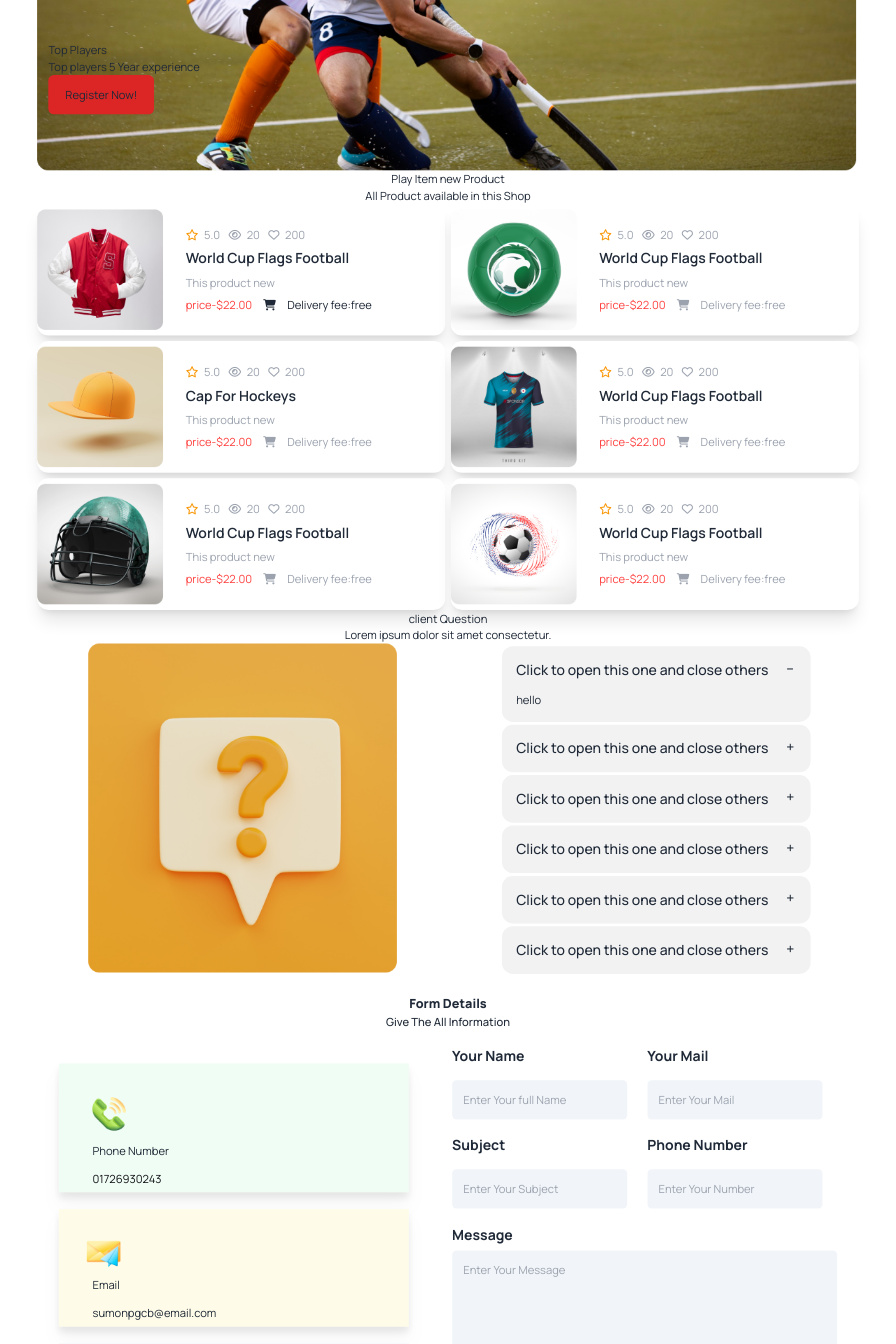
Repository: sumonkumarsarkar/bd-hockeys-team
Page: index.html
An editor plug-in stored every save of this project. The page is shown before and after the next save, followed by the edit.
The browser window is 1280 px wide. The pictures show the part of the page from y = 1765 to 3685 px (the page is 4233 px tall before and 4245 px after), at 70% of full size.
Some web libraries are served in a nearby version.

Above is the page before, as saved 2024-01-24 18:56:39.

After the next save:
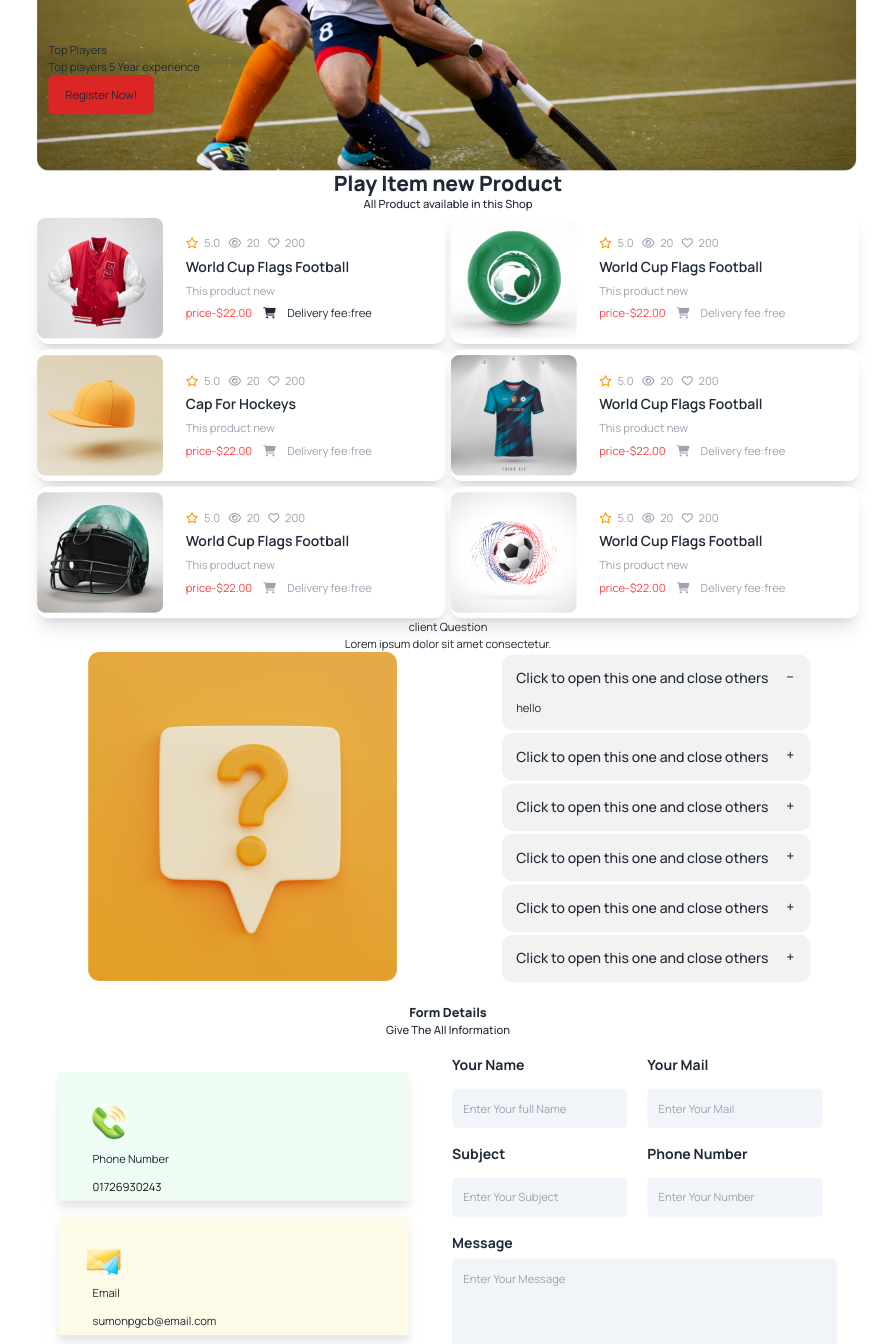
Saved 101 s later.
--- a/index.html
+++ b/index.html
@@ -225,8 +225,8 @@
 <section>
 
     <div class="text-center">
-        <h2> Play Item new Product</h2>
-        <p>All Product available in this Shop</p>
+        <h2 class="font-extrabold text-3xl space-y-4"> Play Item new Product</h2>
+        <p class="font-medium">All Product available in this Shop</p>
        </div>
 
 <div class="grid grid-cols-1 lg:grid-cols-2 gap-2">
